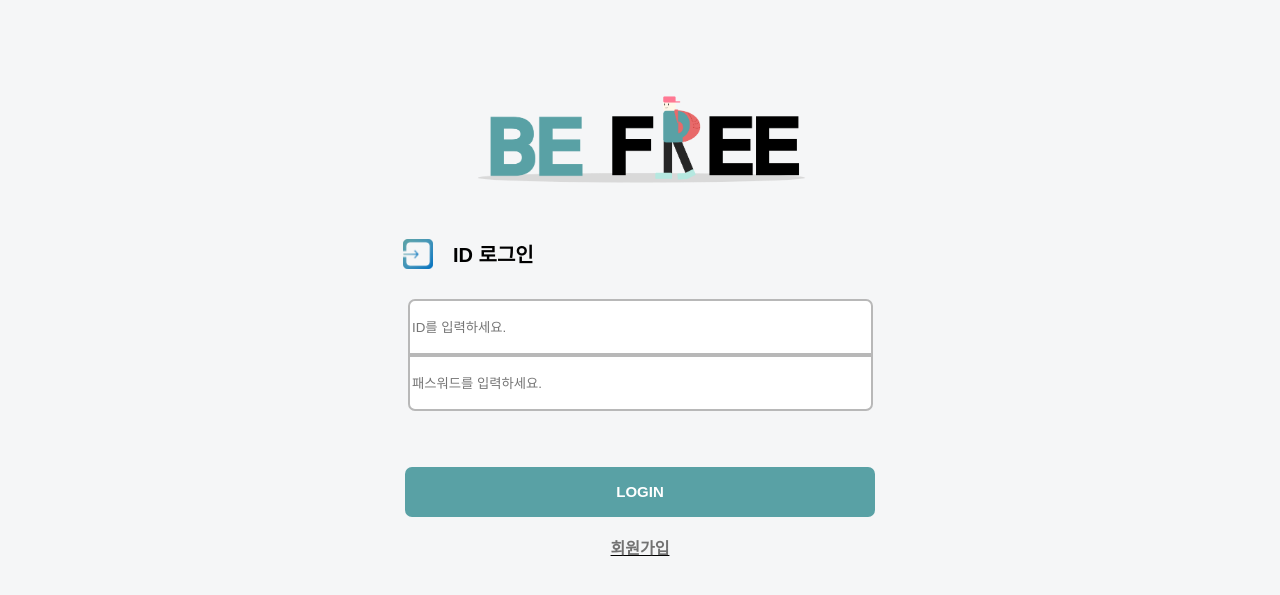
Repository: 1912087/Klavier_Piano
Page: http://localhost/notice/login.jsp
The author's editor kept a copy of each file at every save. The page is drawn from the files as they stood at one save, then again after the next save.
The browser window is 1280 px wide. The pictures show the whole page.
Some web fonts or font styles are not loaded; a fallback is used. The page is served by Tomcat 9.

Above is the page before, as saved 2021-11-04 15:43:48.

After the next save:
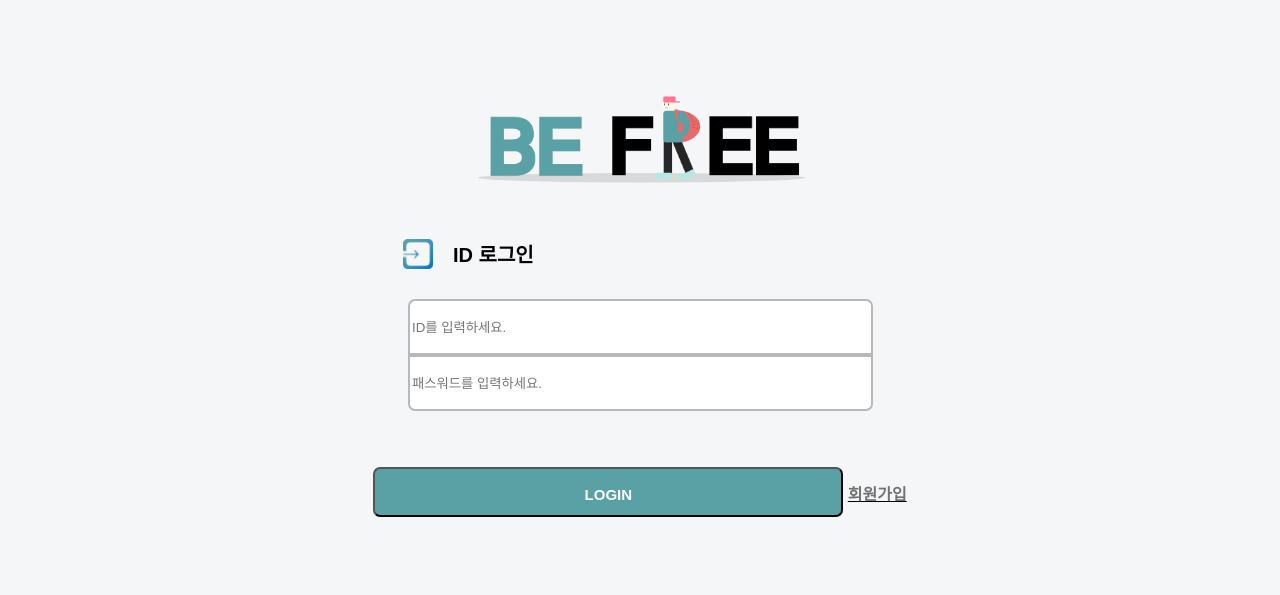
Saved 2 min 11 s later.
--- a/Notice/notice/WebContent/login.jsp
+++ b/Notice/notice/WebContent/login.jsp
@@ -188,7 +188,7 @@
                 <li><input class="id" type="text"size="43" name="userID" placeholder="ID를 입력하세요."></li>
                 <li><input class="pw" type="password"size="43" name="userPassword" placeholder="패스워드를 입력하세요."></li>
             </ul>
-            <div class="aa2" id="login" onclick="location.href='main.jsp'">LOGIN</div><br>
+            <input class="aa2" id="Login" type="submit" value="LOGIN">
             <u><b><a href="약관내용.html">회원가입</a></b></u>
         </div>
         </form>
